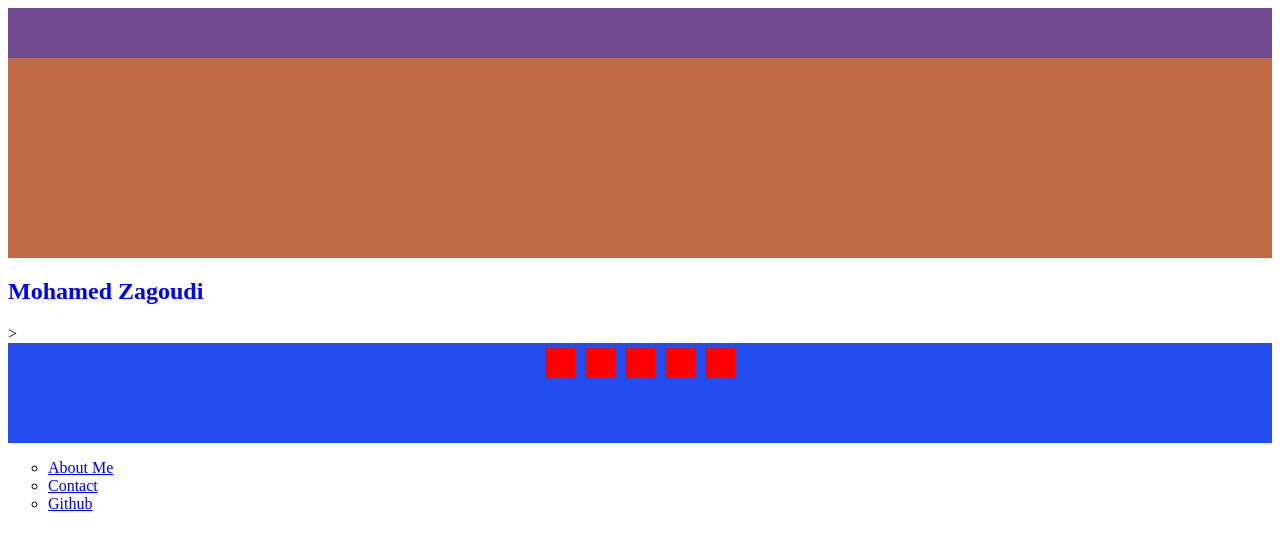
Repository: Mohzagou/Eersteportofolio
Page: index.html
The author's editor kept a copy of each file at every save. The page is drawn from the files as they stood at one save, then again after the next save.
The browser window is 1280 px wide. The pictures show the whole page.

Above is the page before, as saved 2022-06-07 20:06:26.

After the next save:
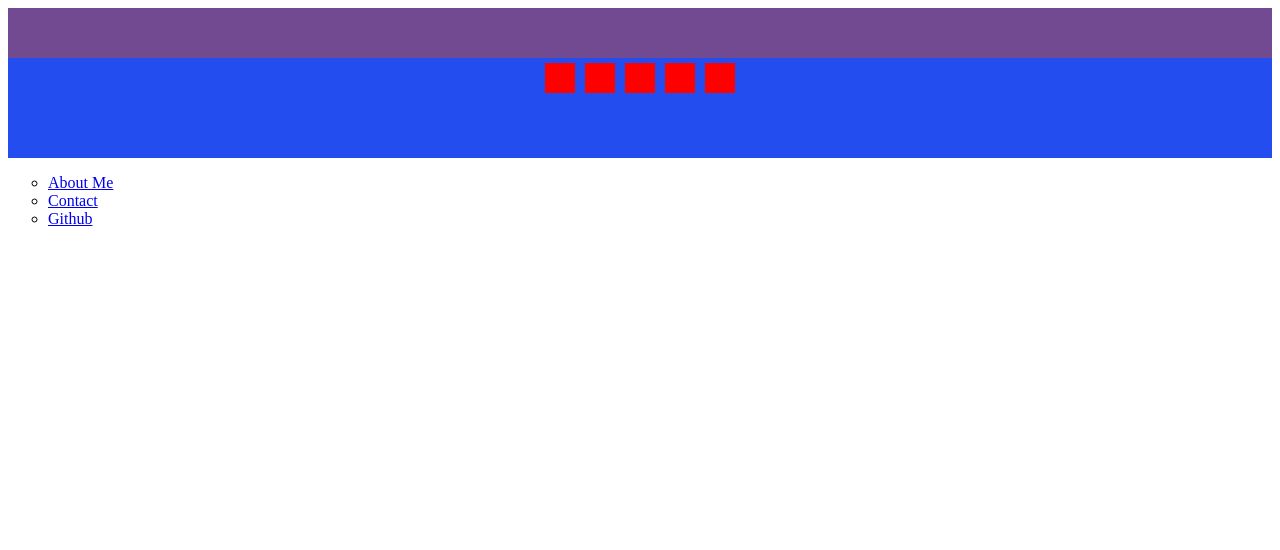
Saved 15 s later.
--- a/index.html
+++ b/index.html
@@ -11,28 +11,25 @@
 <body>
 
     <header></header>
-    <div class="about-me"></div>
-    <h2 id="name">Mohamed Zagoudi</h2>
-    >
-    <div>
 
 
-        <section>
-            <div class="test"></div>
-            <div class="test"></div>
-            <div class="test"></div>
-            <div class="test"></div>
-            <div class="test"></div>
-        </section>
-        <footer>
-            <ul style="list-style-type: circle ">
-                <li><a href=" ">About Me</a></li>
-                <li><a href=" ">Contact</a></li>
-                <li><a href="https://github.com/Mohzagou ">Github</a></li>
 
-            </ul>
+    <section>
+        <div class="test"></div>
+        <div class="test"></div>
+        <div class="test"></div>
+        <div class="test"></div>
+        <div class="test"></div>
+    </section>
+    <footer>
+        <ul style="list-style-type: circle ">
+            <li><a href=" ">About Me</a></li>
+            <li><a href=" ">Contact</a></li>
+            <li><a href="https://github.com/Mohzagou ">Github</a></li>
 
-        </footer>
+        </ul>
+
+    </footer>
 
 
 
